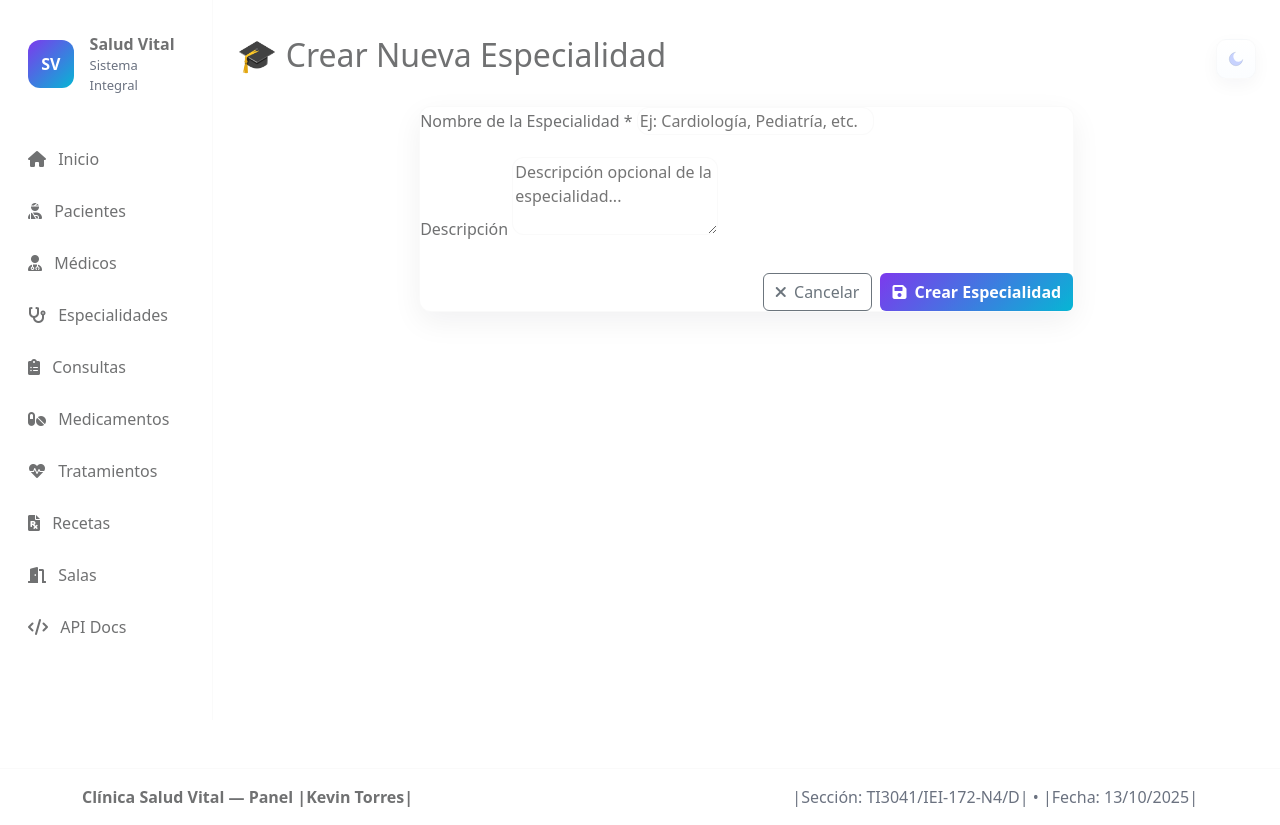
Repository: KeviNozh/eva2_clinica
Page: templates/crear_especialidad.html
These files come from the project's save history. The page is drawn as it stood at one moment and after the next save; the edit follows.
The browser window is 1280 px wide. The pictures show the whole page.
The template is drawn by Django 5.2. The application's start-up code is not run. The template is opened directly, without the code that normally fills it, so the values that code supplies are empty.

Above is the page before, as saved 2025-10-15 20:38:07.

After the next save:
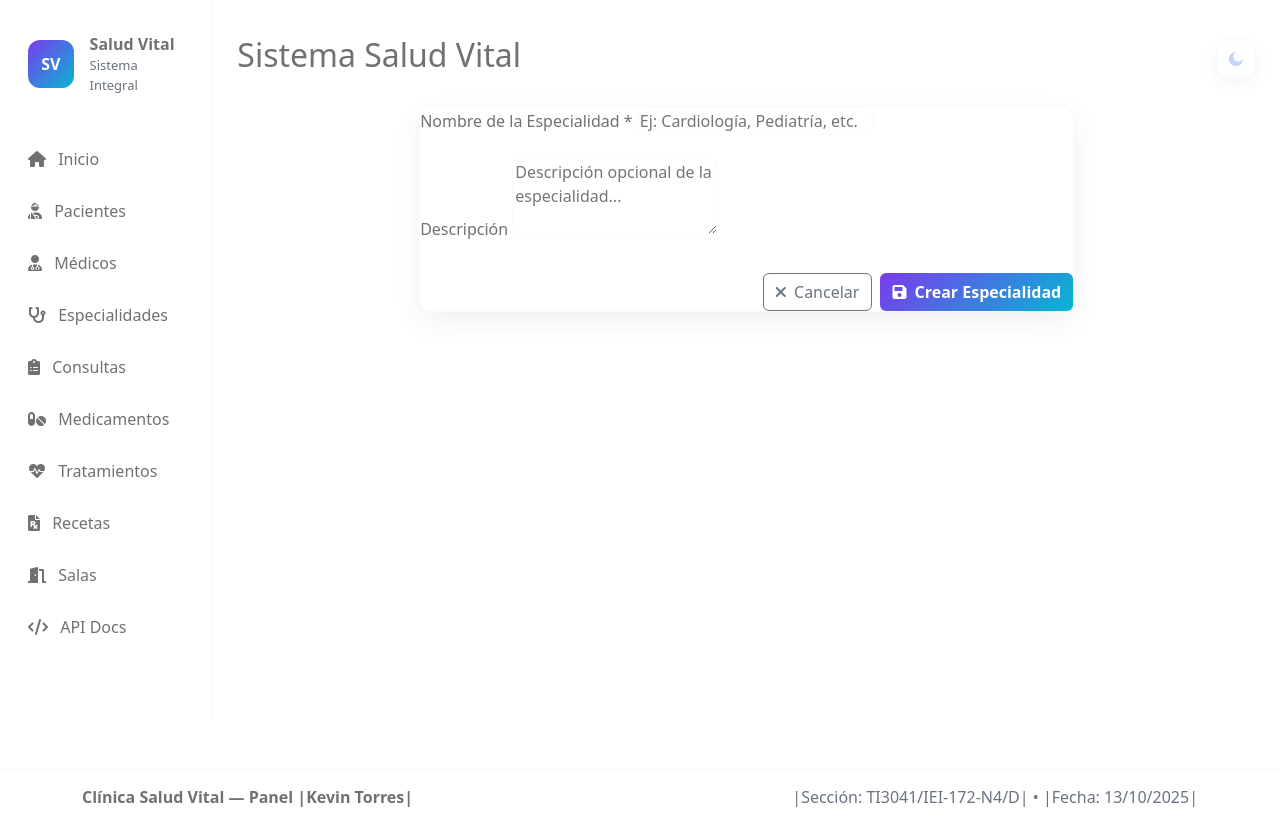
Saved 63 s later.
--- a/templates/crear_especialidad.html
+++ b/templates/crear_especialidad.html
@@ -1,7 +1,6 @@
 {% extends 'base.html' %}
 
 {% block title %}Crear Especialidad - Salud Vital{% endblock %}
-{% block page_title %}🎓 Crear Nueva Especialidad{% endblock %}
 
 {% block content %}
 <div class="container">
@@ -15,11 +14,10 @@
                         <div class="mb-3">
                             <label class="form-label">Nombre de la Especialidad *</label>
                             <input type="text" class="form-control-custom" name="nombre" required
-                                   placeholder="Ej: Cardiología, Pediatría, etc."
-                                   pattern="[A-Za-záéíóúÁÉÍÓÚñÑ\s]+"
-                                   title="Solo se permiten letras y espacios">
+                                   placeholder="Ej: Cardiología, Pediatría, etc.">
                         </div>
 
+                        <!-- ⚠️ ESTE ES EL CAMPO IMPORTANTE ⚠️ -->
                         <div class="mb-3">
                             <label class="form-label">Descripción</label>
                             <textarea class="form-control-custom" name="descripcion" rows="3"
